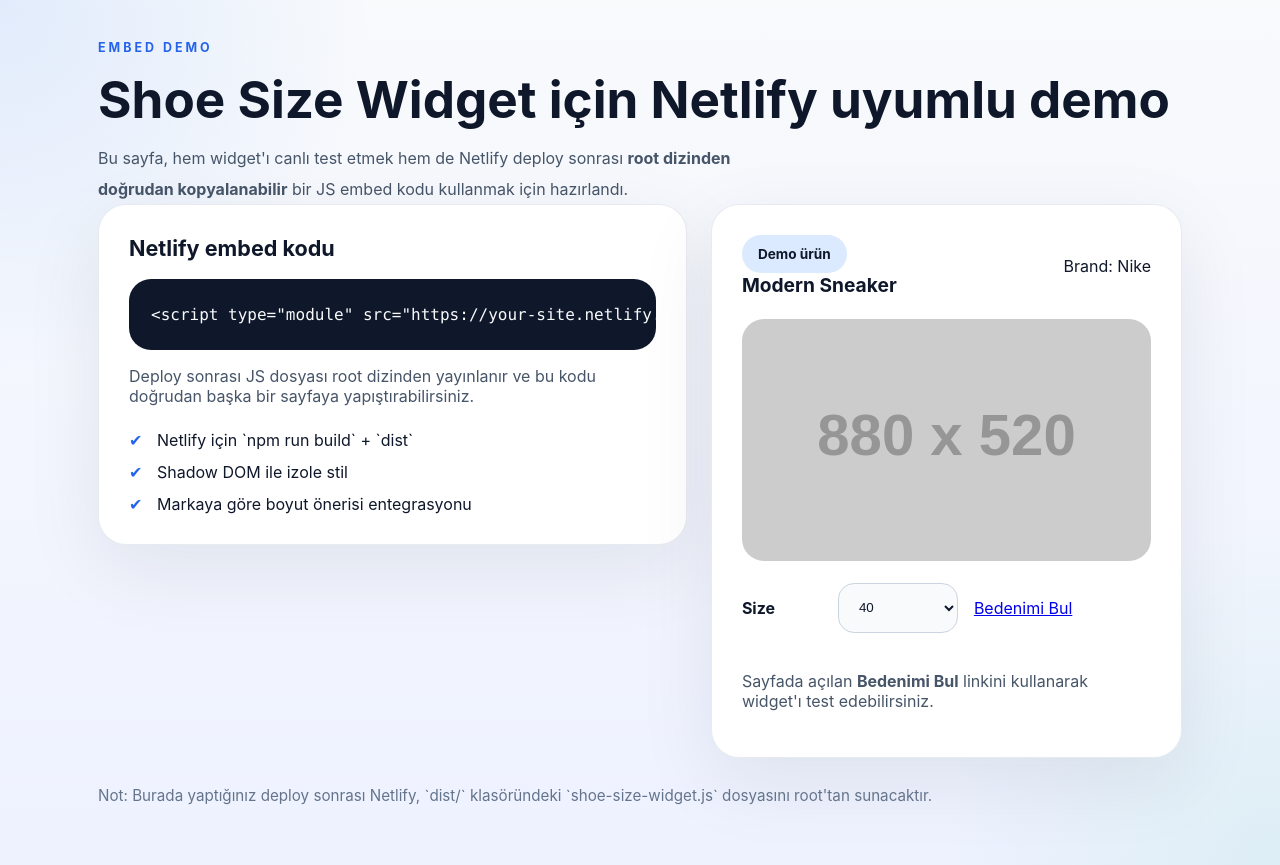
Repository: h-kod/sizeselect
Page: /
These files come from the project's save history. The page is drawn as it stood at one moment and after a run of saves; the edit follows.
The browser window is 1280 px wide. The pictures show the whole page.
The project was rebuilt for these pictures with package versions that can differ from the ones it lists, and the page was loaded fresh each time. Also part of the build but not shown: vite.config.ts.

Above is the page before, as saved 2026-06-07 05:11:59.

After the next 3 saves:
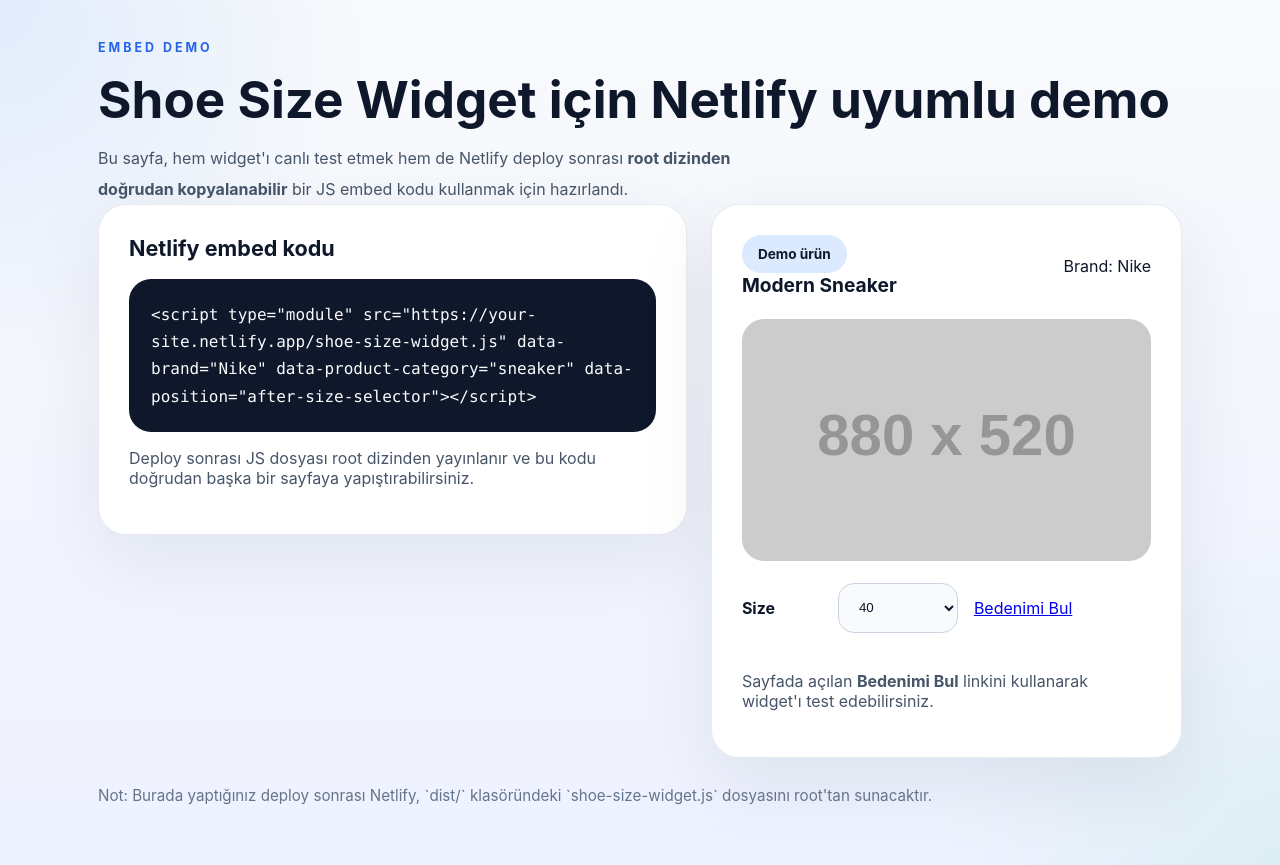
The 3 saves are shown as one change because they came seconds apart.
The last was saved 10 s later.
--- a/index.html
+++ b/index.html
@@ -78,6 +78,7 @@
       .product-panel {
         display: grid;
         gap: 22px;
+        min-width: 0;
       }
       .product-meta {
         display: flex;
@@ -85,6 +86,7 @@
         justify-content: space-between;
         align-items: center;
         gap: 14px;
+        min-width: 0;
       }
       .product-meta strong {
         display: block;
@@ -131,18 +133,12 @@
         color: #f8fafc;
         font-family: ui-monospace, SFMono-Regular, Menlo, Monaco, Consolas, "Liberation Mono", "Courier New", monospace;
         line-height: 1.7;
-        overflow-x: auto;
+        white-space: pre-wrap;
+        word-break: break-word;
       }
       .note {
         margin-top: 16px;
         color: #475569;
-      }
-      .feature-list {
-        list-style: none;
-        padding: 0;
-        margin: 24px 0 0;
-        display: grid;
-        gap: 12px;
       }
       .feature-list li {
         padding-left: 28px;
@@ -190,11 +186,6 @@
           <h2>Netlify embed kodu</h2>
           <pre class="code-block">&lt;script type="module" src="https://your-site.netlify.app/shoe-size-widget.js" data-brand="Nike" data-product-category="sneaker" data-position="after-size-selector"&gt;&lt;/script&gt;</pre>
           <p class="note">Deploy sonrası JS dosyası root dizinden yayınlanır ve bu kodu doğrudan başka bir sayfaya yapıştırabilirsiniz.</p>
-          <ul class="feature-list">
-            <li>Netlify için `npm run build` + `dist`</li>
-            <li>Shadow DOM ile izole stil</li>
-            <li>Markaya göre boyut önerisi entegrasyonu</li>
-          </ul>
         </article>
 
         <article class="card product-panel">
